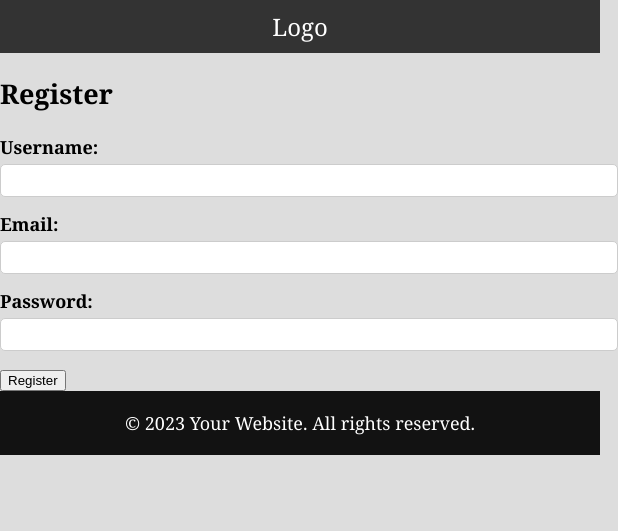
Repository: Temitech001/wrestling
Page: spiritofwarrior/register.html
The author's editor kept a copy of each file at every save. The page is drawn from the files as they stood at one save, then again after the next save.
The browser window is 600 px wide. The page is 618 px wide, then 600 px, so the pictures cover 618 px, including what lies to the right of the window. The pictures show the whole page.

Above is the page before, as saved 2023-08-12 01:28:07.

### spiritofwarrior/register.html
<!DOCTYPE html>
<html lang="en">
<head>
    <meta charset="UTF-8">
    <meta name="viewport" content="width=device-width, initial-scale=1.0">
    <link rel="stylesheet" href="styles.css">
    <title>Register</title>
</head>
<body>
    <div class="navbar">
        <ul class="menu-items">
          <li class="menu-item"><a href="/index.html">Home</a></li>
          <li class="menu-item"><a href="/matches.html">Matches</a></li>
          <li class="menu-item"><a href="/videos.html">Videos</a></li>
        </ul>
        <div class="logo">
          <a href="#">Logo</a>
        </div>
        <div class="buttons">
          <a href="/login.html"><button class="button btn-login">Login</button></a>
          <a href="/register.html"><button class="button btn-reg">Register</button></a>
        </div>
      </div>

      <div class="register-container">
        <h2 class="register-heading">Register</h2>
        <form>
          <div class="input-group">
            <label for="username">Username:</label>
            <input type="text" id="username" name="username" required>
          </div>
          <div class="input-group">
            <label for="email">Email:</label>
            <input type="email" id="email" name="email" required>
          </div>
          <div class="input-group">
            <label for="password">Password:</label>
            <input type="password" id="password" name="password" required>
          </div>
          <button class="register-button" type="submit">Register</button>
        </form>
      </div>

      <footer class="footer">
        &copy; 2023 Your Website. All rights reserved.
      </footer>
</body>
</html>

### spiritofwarrior/styles.css
body {
  margin: 0;
  font-family: Cambria, Cochin, Georgia, Times, 'Times New Roman', serif;
  font-size: 18px;
  background-color: #ddd;
  overflow-x: hidden; /* This hides horizontal scroll */
}



.navbar {
  display: flex;
  justify-content: space-between;
  align-items: center;
  background-color: #333;
  color: #fff;
  padding: 10px 5%;
}

.logo {
  text-align: center;
}

.logo a {
  color: #fff;
  text-decoration: none;
  font-size: 24px;
}

.menu-items {
  list-style: none;
  display: flex;
  margin: 0;
  padding: 0;
}

.menu-item {
  margin-right: 20px;
}

.menu-item:last-child {
  margin-right: 0;
}

.menu-item a {
  color: #fff;
  text-decoration: none;
}

.buttons {
  display: flex;
  align-items: center;
}

.button {
  padding: 10px 20px;
  border: 1px solid;
  color: #fff;
  text-decoration: none;
  border-radius: 4px;
  display: inline-block;
  font-size: 16px;
  cursor: pointer;
}

.btn-login{
  background-color: red;
  border-color: red;
}

.btn-reg{
  margin-left: 20px;
  background-color: transparent;
  color: red;
  border-color: red;
}

/* Responsive Styles */
@media screen and (max-width: 768px) {
  .menu-items {
    display: none;
  }

  .button {
    display: none;
  }

  .logo {
    order: 2;
    flex-grow: 1;
  }

  /* .menu-items.mobile {
    display: block;
    background-color: #333;
    position: absolute;
    top: 50px;
    left: 0;
    width: 100%;
    text-align: center;
    padding: 10px 0;
    box-shadow: 0 4px 6px rgba(0, 0, 0, 0.1);
  }

  .menu-items.mobile li {
    margin-bottom: 10px;
  } */
}

.banner {
  position: relative;
  text-align: center;
  color: #fff;
  background-image: url('/assets/banner.jpg'); /* Replace with your image URL */
  background-size: cover;
  background-position: center;
  padding: 200px 0;
}

.banner-overlay {
  position: absolute;
  top: 0;
  left: 0;
  width: 100%;
  height: 100%;
  background-color: rgba(0, 0, 0, 0.5); /* Semi-transparent black overlay */
  z-index: 0;
}

.banner-content {
  position: relative;
  z-index: 1;
}

.banner h1 {
  font-size: 36px;
  margin-bottom: 20px;
}

/* Responsive Styles */
@media screen and (max-width: 768px) {
  .banner {
    padding: 50px 0;
  }

  .banner h1 {
    font-size: 28px;
  }
}

.section {
  padding: 50px 5%;
}

.event-row {
  display: flex;
  flex-wrap: wrap;
  margin: -15px; /* To counteract negative margins on columns */
  width: 100%;
  padding-left: 5%;
  padding-right: 5%;
}

.event-column {
  flex-basis: calc(33.33% - 30px); /* Adjust based on desired gutter width */
  padding: 15px; /* space between columns */
  box-sizing: border-box;
  text-align: center;
}

.event-image {
  max-width: 100%;
  height: auto;
  border-radius: 8px;
  margin-bottom: 10px;
}

.event-title {
  font-size: 18px;
  margin-bottom: 5px;
}

.event-location {
  color: #888;
  font-size: 14px;
}

/* Responsive Styles */
@media screen and (max-width: 768px) {
  .event-column {
    flex-basis: calc(50% - 20px);
  }
}

.video-section {
  text-align: center;
  width: 100%;
  margin-top: 30px;
  padding: 30px 5%;
}

.video-row {
  display: flex;
  flex-wrap: wrap;
  margin: -15px; /* To counteract negative margins on columns */
}

.video-column {
  flex-basis: calc(33.33% - 30px); /* Adjust based on desired gutter width */
  padding: 15px; /* Gutter between columns */
  box-sizing: border-box;
  text-align: center;
}

.video-iframe {
  width: 100%;
  height: 250px;
}

.video-caption {
  font-size: 16px;
  margin-top: 10px;
}

/* Responsive Styles */
@media screen and (max-width: 768px) {
  .video-column {
    flex-basis: calc(50% - 20px);
  }
}

.footer {
  background-color: #121212;
  color: #fff;
  text-align: center;
  padding: 20px 0;
}




.matches-container {
  display: grid;
  grid-template-columns: repeat(3, 1fr);
  gap: 20px;
  max-width: 1200px;
  margin: 0 auto;
  padding: 20px;
}

.match-card {
  background-color: #fff;
  border-radius: 10px;
  box-shadow: 0 2px 4px rgba(0, 0, 0, 0.1);
  padding: 20px;
  text-align: center;
}

.match-image {
  max-width: 100%;
  height: auto;
  border-radius: 5px;
}

.match-location,
.match-time {
  margin-top: 10px;
  font-size: 14px;
  color: #555;
}

.book-ticket-button {
  margin-top: 15px;
  background-color: #007bff;
  color: #fff;
  border: none;
  border-radius: 5px;
  padding: 8px 16px;
  cursor: pointer;
}

.book-ticket-button:hover {
  background-color: #0056b3;
}

@media (max-width: 767px) {
  .matches-container {
    grid-template-columns: 1fr;
  }
}

.videos-container {
  display: grid;
  grid-template-columns: repeat(4, 1fr);
  gap: 20px;
  max-width: 1200px;
  margin: 0 auto;
  padding: 20px;
}

.video-card {
  position: relative;
  background-color: #fff;
  border-radius: 10px;
  box-shadow: 0 2px 4px rgba(0, 0, 0, 0.1);
  overflow: hidden;
}

.video-thumbnail {
  max-width: 100%;
  height: auto;
  display: block;
}

.video-title {
  padding: 10px;
  font-size: 16px;
  text-align: center;
}

.video-buttons {
  position: absolute;
  top: 0;
  left: 0;
  right: 0;
  bottom: 0;
  background-color: rgba(0, 0, 0, 0.5);
  display: flex;
  flex-direction: column;
  justify-content: center;
  align-items: center;
  opacity: 0;
  transition: opacity 0.3s;
}

.video-card:hover .video-buttons {
  opacity: 1;
}

.download-button,
.watch-button {
  background-color: #FF0000;
  color: #fff;
  border: none;
  border-radius: 5px;
  padding: 8px 16px;
  margin: 5px;
  cursor: pointer;
}

.download-button:hover,
.watch-button:hover {
  background-color: #880f0a;
}

@media (max-width: 767px) {
  .videos-container {
    grid-template-columns: 1fr;
  }
}



.login-container {
  background-color: #fff;
  border-radius: 10px;
  box-shadow: 0 2px 4px rgba(0, 0, 0, 0.1);
  padding: 20px;
  width: 300px;
  text-align: center;
  margin: auto;
  margin-top: 50px;
  margin-bottom: 50px;
}

.login-heading {
  font-size: 24px;
  margin-bottom: 20px;
}

.input-group {
  margin-bottom: 15px;
}

.input-group label {
  display: block;
  margin-bottom: 5px;
  font-weight: bold;
}

.input-group input {
  width: 100%;
  padding: 8px;
  border: 1px solid #ccc;
  border-radius: 5px;
}

.login-button {
  background-color: #007bff;
  color: #fff;
  border: none;
  border-radius: 5px;
  padding: 8px 16px;
  cursor: pointer;
}

.login-button:hover {
  background-color: #0056b3;
}

@media (max-width: 767px) {
  .login-container {
    width: 80%;
  }
}

After the next save:
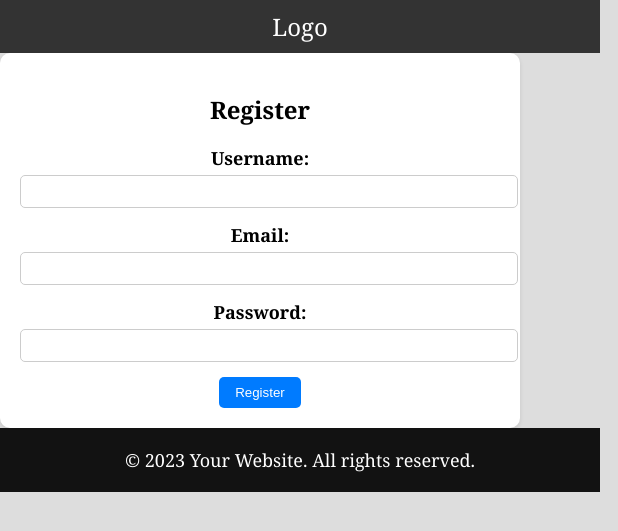
Saved 20 s later.
--- a/spiritofwarrior/styles.css
+++ b/spiritofwarrior/styles.css
@@ -413,3 +413,53 @@ body {
     width: 80%;
   }
 }
+
+.register-container {
+  background-color: #fff;
+  border-radius: 10px;
+  box-shadow: 0 2px 4px rgba(0, 0, 0, 0.1);
+  padding: 20px;
+  width: 300px;
+  text-align: center;
+}
+
+.register-heading {
+  font-size: 24px;
+  margin-bottom: 20px;
+}
+
+.input-group {
+  margin-bottom: 15px;
+}
+
+.input-group label {
+  display: block;
+  margin-bottom: 5px;
+  font-weight: bold;
+}
+
+.input-group input {
+  width: 100%;
+  padding: 8px;
+  border: 1px solid #ccc;
+  border-radius: 5px;
+}
+
+.register-button {
+  background-color: #007bff;
+  color: #fff;
+  border: none;
+  border-radius: 5px;
+  padding: 8px 16px;
+  cursor: pointer;
+}
+
+.register-button:hover {
+  background-color: #0056b3;
+}
+
+@media (max-width: 767px) {
+  .register-container {
+    width: 80%;
+  }
+}
